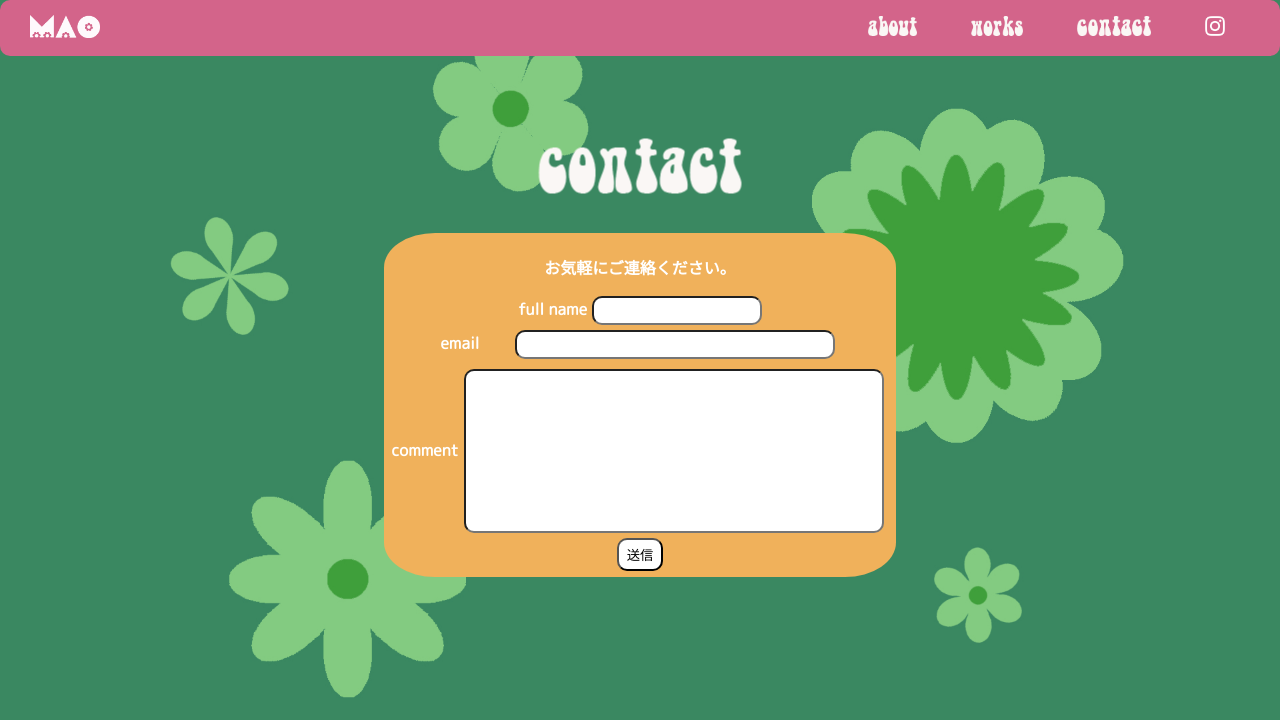
Repository: HarashimaMao/portfolio
Page: contact.html
The author's editor kept a record of every edit. The page is drawn from the files as they stood at one moment, then again after the next edit.
The browser window is 1280 px wide. The pictures show the whole page.

Above is the page before.

### contact.html
<!DOCTYPE html>
<html lang ="ja">
    <head>
        <meta charset="utf-8">
        <title>HarashimaMao</title>
        <style>
          body {
              margin: 0;
              background-image: url(images/my_home_page4.jpg);
              background-size: cover;
          }

          .header {
              width: 100%;
              display: flex;
              background-color: #D3648A;
              justify-content: space-between;
              border-radius: 10px;
          }

          .header-logo {
              margin-top: 15px;
              margin-left: 30px;
          }

          ul {
              list-style: none;
              margin-right: 5px;

          }

          li {
              display: inline-block;
              margin-right: 50px;
          }

          .main {
              color: #FFF;
              font-family: "M PLUS Rounded 1c";
              text-align: center;
          }

          .main img {
              position: absolute;
              top: 23%;
              margin-right: -50%;
              transform: translate(-50%,-50%)

          }

          .container {
              font-weight: 700;
              margin: 0;
              position: absolute;
              top: 50%;
              left: 50%;
              margin-right: -50%;
              transform: translate(-50%,-50%)
          }

          .square {
              margin-top: 90px;
              position: relative;
              width: 500px;
              padding: 6px;
              background: #F0B15B;
              border-radius: 10%;
          }

          form li {
              display: flex;
              align-items: center;
              lfex-derectiom: column;
          }


          .username {
              border-radius: 10px;
              padding: 5px 8px;
          }

          input.username {
              width: 150px;
              margin-left: 5px;

          }

          .email {
              border-radius: 10px;
              padding: 5px 8px;
              margin: 5px;
          }

          input.email {
              width: 300px;
              margin-left: 35px;
          }

          .comment {
              outline-color: #FFF;
              border-radius: 10px;
              padding: 5px 8px;
              margin: 5px;
          }

          input.comment {
              width: 400px;
              height: 150px;
              margin: 5px;
          }

          .btn {
              border-radius: 10px;
              padding: 5px 8px;
              background-color: #FFF;
          }

        </style>
        <link href="https://fonts.googleapis.com/css?family=M+PLUS+Rounded+1c" rel="stylesheet">
    </head>

    <body>
        <div class="header">
            <div class="header-logo">
                <a href="top.html"><img src="images/MAOlogo.png" width="70px"></a>
            </div>
            <div class="header-list">
                <ul>
                    <li><a href="about.html"><img src="images/about.png" alt="about" height="20px"></a></li>
                    <li><a href="works.html"><img src="images/works.png" alt="works" height="20px"></a></li>
                    <li><a href="contact.html"><img src="images/contact.png" alt="contact" height="20px"></a></li>
                    <li><a href="https://www.instagram.com/mao_yz/?hl=en"><img src="images/insta.png" alt="insta" height="20px"></a></li>
                </ul>
            </div>
        </div>

        <div class="main">
            <img src="images/contact.png" alt="contact">

            <div class="container">
            <div class="square">
                <p>お気軽にご連絡ください。</p>
                <form>
                    full name<input type="text" class="username"/></br>
                    email<input type="text" class="email" /></br>
                    comment<input type="text" class="comment" /></br>
                    <input type="button" value="送信" class="btn"/>
                </form>
            </div>
            </div>
        </div>

        <script src="jquery-3.6.0.min.js"></script>
        <script>
             $(function(){
                $('.header').hover(
                    function(){
                        $(this).animate({
                            'font-size':'20px'
                        });
                    },
                    function(){
                        $(this).animate({
                            'font-size':'16px'
                        });
                    });
            });
        </script>
    </body>
</html>

Loaded but not shown: jquery-3.6.0.min.js (library)

After the next edit:
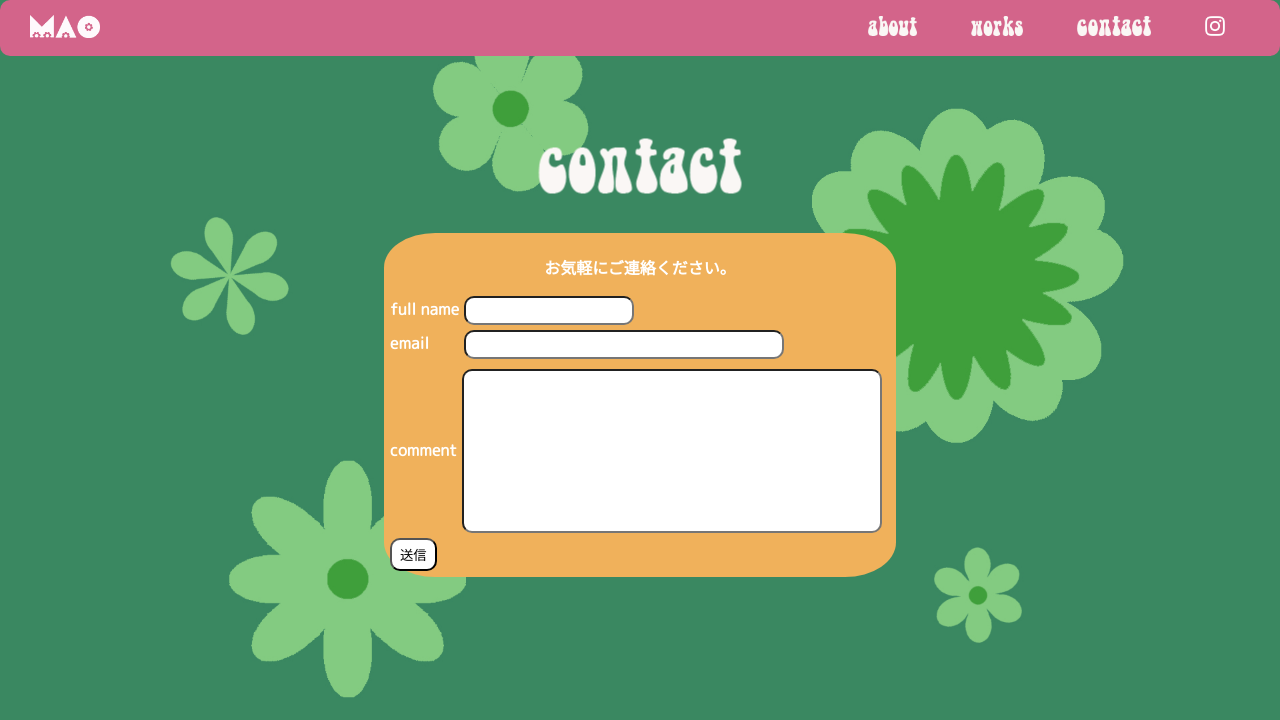
The edit:
--- a/contact.html
+++ b/contact.html
@@ -67,12 +67,9 @@
               border-radius: 10%;
           }
 
-          form li {
-              display: flex;
-              align-items: center;
-              lfex-derectiom: column;
+          form {
+              text-align: left;
           }
-
 
           .username {
               border-radius: 10px;
